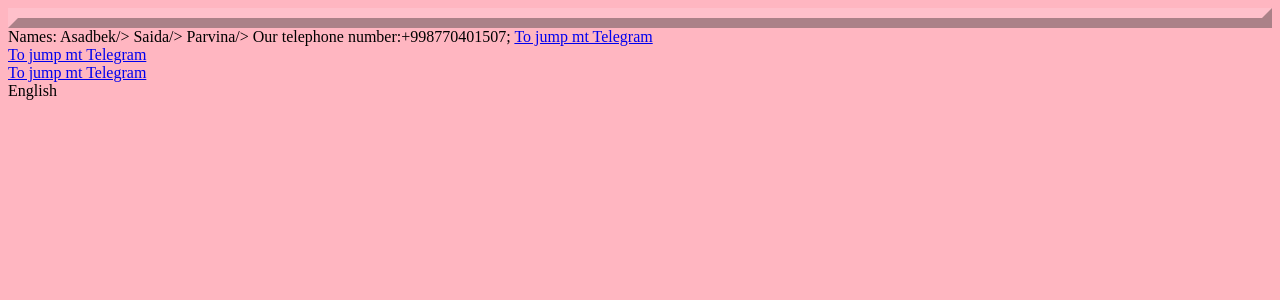
Repository: KHANas02/live-stream
Page: contact.html
The author's editor kept a copy of each file at every save. The page is drawn from the files as they stood at one save, then again after a run of saves.
The browser window is 1280 px wide. The pictures show the whole page.

Above is the page before, as saved 2024-03-25 07:49:09.

After the next 3 saves:
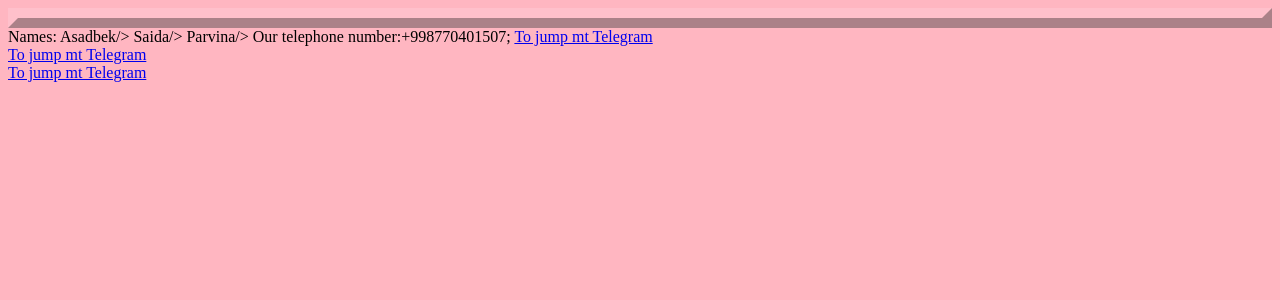
The 3 saves are shown as one change because they came seconds apart.
The last was saved 11 s later.
--- a/contact.html
+++ b/contact.html
@@ -29,7 +29,7 @@ Our telephone number:+998770401507;
        <a href=" https://t.me/gsi_77">To jump mt Telegram</a> <br />
         <a href="https://t.me/Pretty_girl_2024">To jump mt Telegram</a> <br />
 
-      English <br />
+      <div></div>
     </div>
   </body>
 </html>
